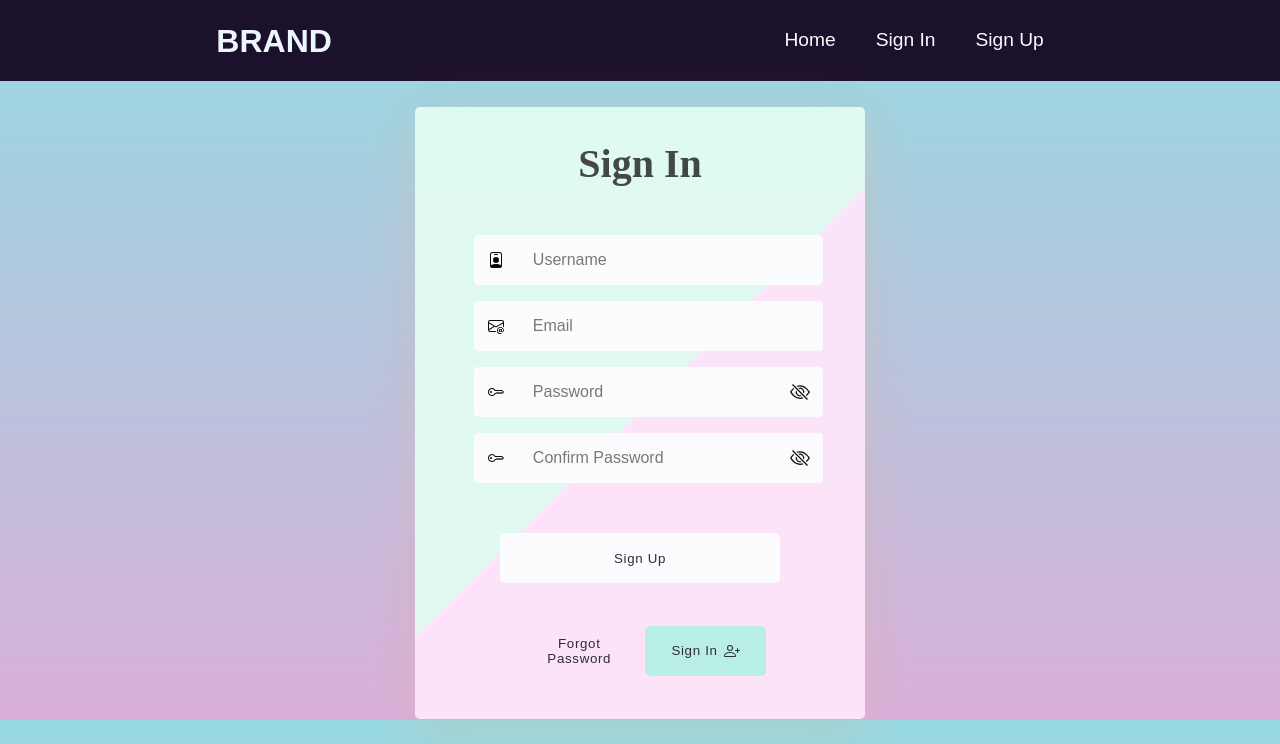
Repository: code-mtaani/ojwang-frontend
Page: /signin
An editor plug-in stored every save of this project. The page is shown before and after the next save, followed by the edit.
The browser window is 1280 px wide. The pictures show the whole page.
Backgrounds fixed to the window are drawn as part of the page. The project was rebuilt for these pictures with package versions that can differ from the ones it lists, and the page was loaded fresh each time. Also part of the build but not shown: vite.config.ts, src/Pages/HomePage/Home.pages.tsx, src/Pages/SignUp/SignUp.pages.tsx.

Above is the page before, as saved 2023-02-01 14:06:30.

After the next save:
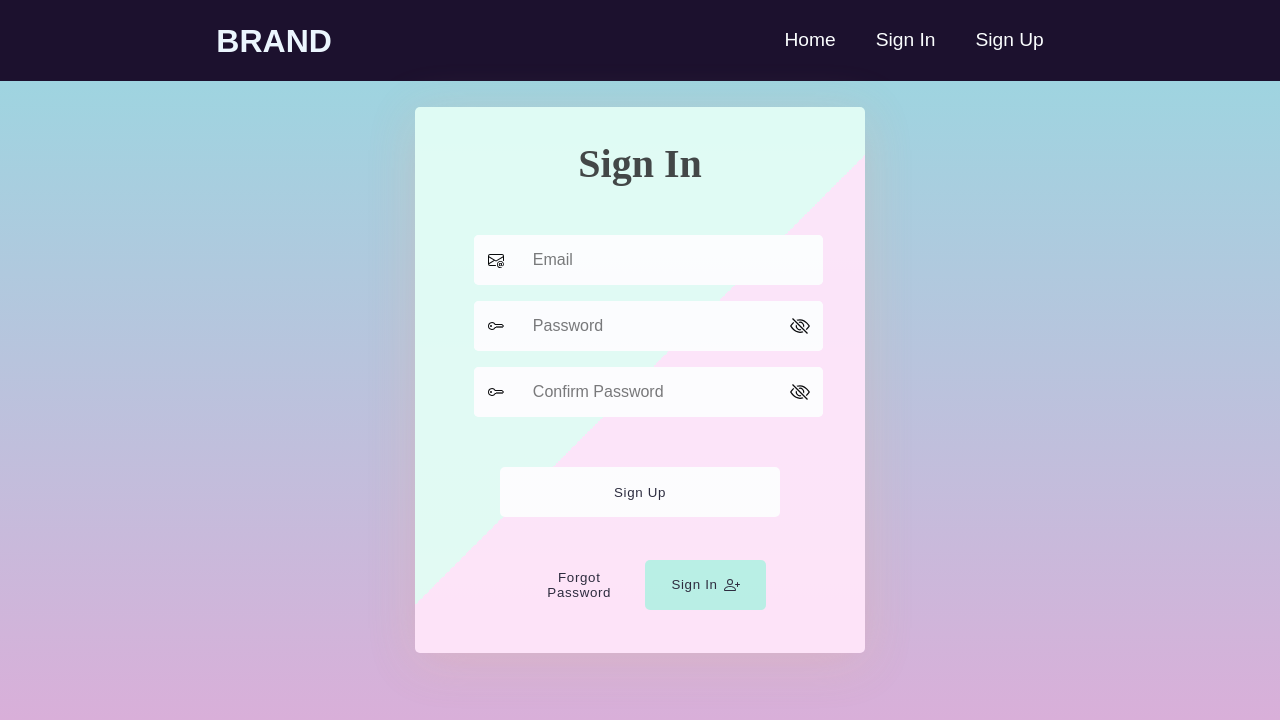
Saved 16 s later.
--- a/src/Pages/SignIn/SignIn.pages.tsx
+++ b/src/Pages/SignIn/SignIn.pages.tsx
@@ -15,23 +15,7 @@ const SignIn = () => {
           <br />
           <div className="field-set">
             {/* inputs */}
-            <div className="test">
-              <div className="key">
-                <svg
-                  xmlns="http://www.w3.org/2000/svg"
-                  width="16"
-                  height="16"
-                  fill="currentColor"
-                  className="bi bi-person-badge"
-                  viewBox="0 0 16 16"
-                >
-                  <path d="M6.5 2a.5.5 0 0 0 0 1h3a.5.5 0 0 0 0-1h-3zM11 8a3 3 0 1 1-6 0 3 3 0 0 1 6 0z" />
-                  <path d="M4.5 0A2.5 2.5 0 0 0 2 2.5V14a2 2 0 0 0 2 2h8a2 2 0 0 0 2-2V2.5A2.5 2.5 0 0 0 11.5 0h-7zM3 2.5A1.5 1.5 0 0 1 4.5 1h7A1.5 1.5 0 0 1 13 2.5v10.795a4.2 4.2 0 0 0-.776-.492C11.392 12.387 10.063 12 8 12s-3.392.387-4.224.803a4.2 4.2 0 0 0-.776.492V2.5z" />
-                </svg>
-              </div>
-              <input type="text" name="username" id="" placeholder="Username" />
-              <div className="show"></div>
-            </div>
+
             <div className="test">
               <div className="key">
                 <svg
